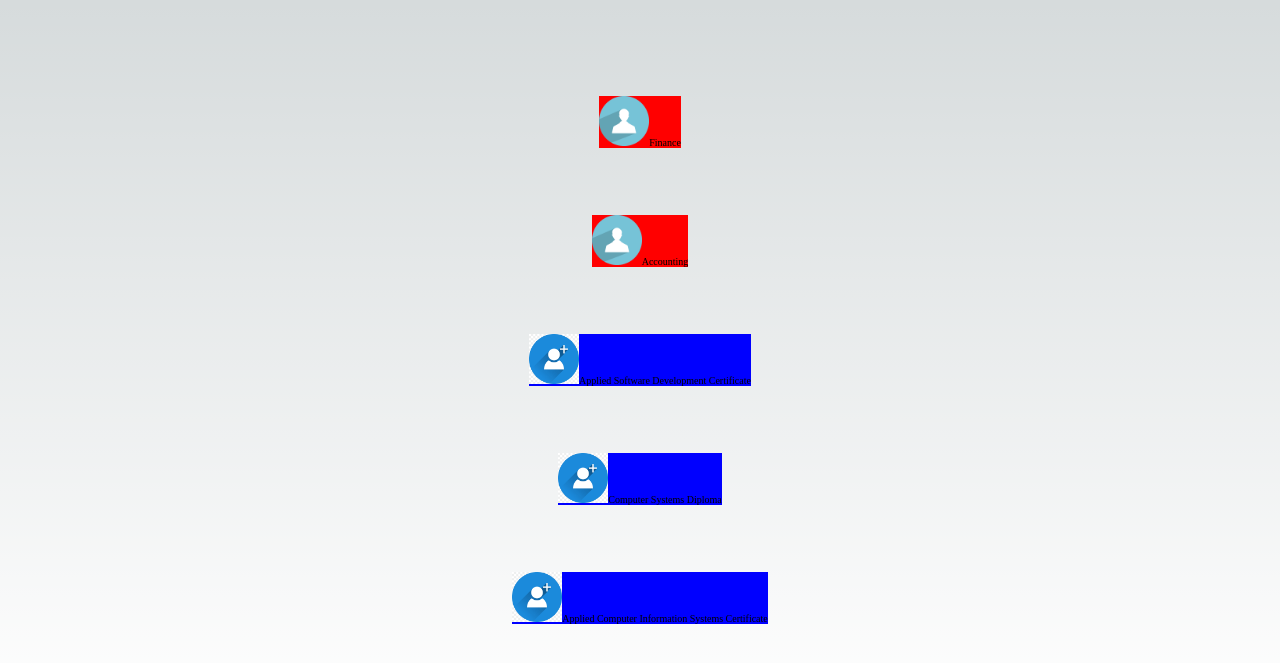
Repository: giovanabirck/mdia2109-class03
Page: / (app in example.map/)
These files come from the project's save history. The page is drawn as it stood at one moment and after the next save; the edit follows.
The browser window is 1280 px wide. The pictures show the whole page.
The project was rebuilt for these pictures with package versions that can differ from the ones it lists, and the page was loaded fresh each time. The framework's server and built-in components were replaced by stand-ins that run in the browser. Also part of the build but not shown: example.map/next.config.js.

Above is the page before, as saved 2023-01-19 14:59:33.

After the next save:
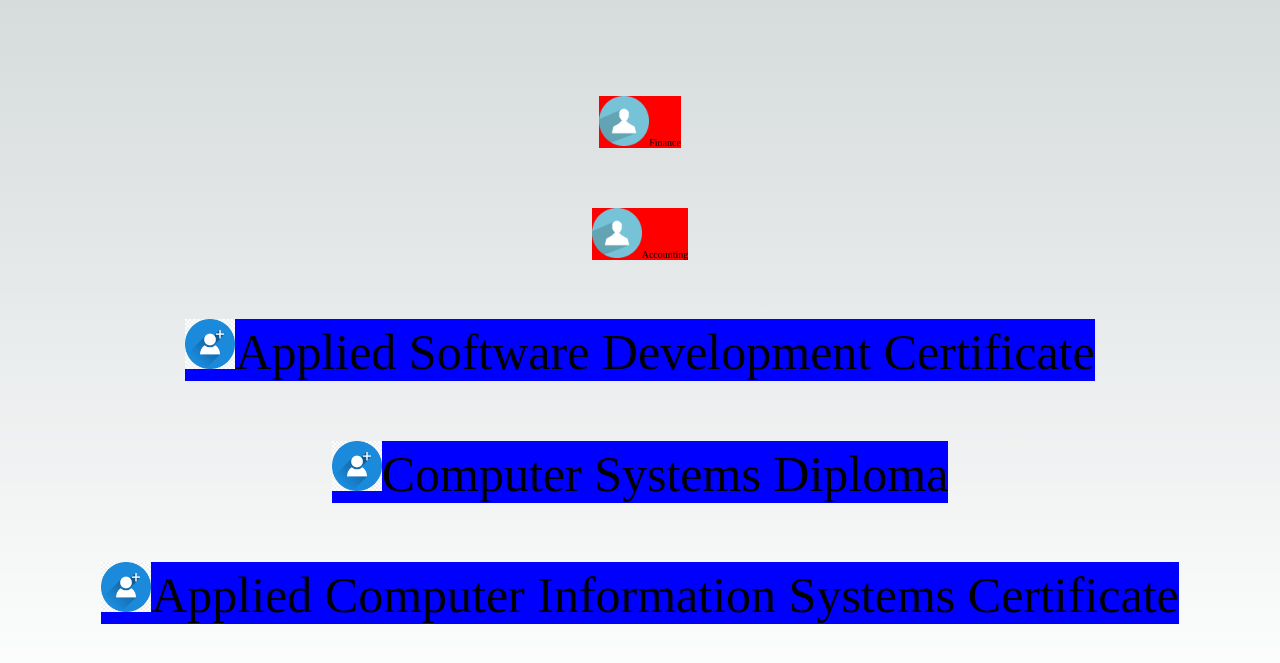
Saved 2 s later.
--- a/example.map/pages/index.js
+++ b/example.map/pages/index.js
@@ -38,7 +38,7 @@ export default function Home() {
           information && information.map((info, index) => {
             if(info.department.toLowerCase() === "computing") {
               return(
-                <Card key={index} degree={info.degree} color="blue"font="10px"/>
+                <Card key={index} degree={info.degree} color="blue"font="50px"/>
               )
             }
           })
